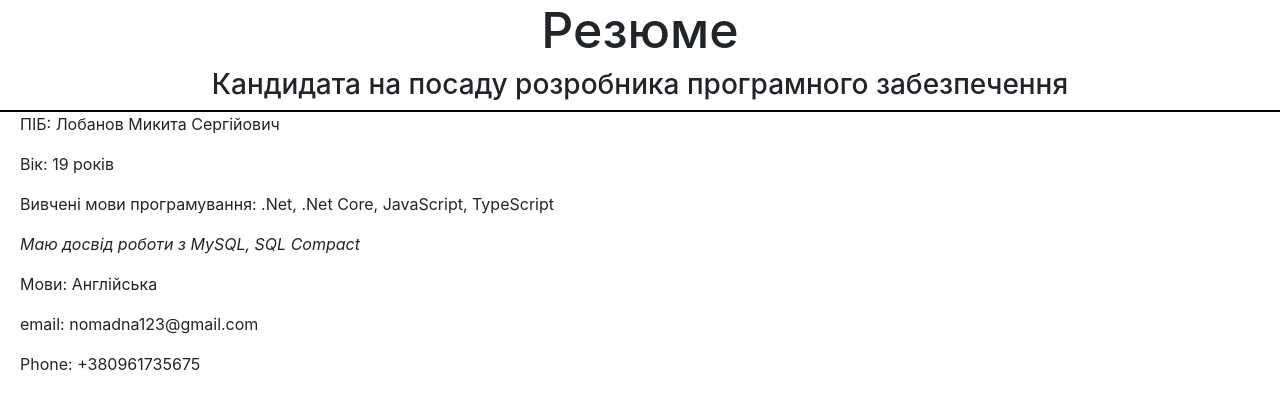
Repository: sMoonBeam/Labs
Page: AboutAuthor/WebContent/about.html
An editor plug-in stored every save of this project. The page is shown before and after the next save, followed by the edit.
The browser window is 1280 px wide. The pictures show the whole page.

Above is the page before, as saved 2019-10-16 20:24:39.

### AboutAuthor/WebContent/about.html
<!DOCTYPE html>
<html>
	<head>
		<meta charset="utf-8" />
		<title>Резюме</title>
		<link href="style.css" rel="stylesheet">
		<link href="https://stackpath.bootstrapcdn.com/bootstrap/4.3.1/css/bootstrap.min.css" rel="stylesheet">
	</head>
	<body>
	<div align=center class="bottom-line">
		<h1 style="font-size:50px;">Резюме</h1>
		<h3>Кандидата на посаду розробника програмного забезпечення</h3>
	</div>
	<div>
		<p style="text-indent:20px">ПIБ: Лобанов Микита Сергійович</p>
		<p style="text-indent:20px">Вiк: 19 рокiв</p>
		<p style="text-indent:20px">Вивченi мови програмування: .Net, .Net Core, JavaScript, TypeScript</p>
		<i><p style="text-indent:20px">Маю досвiд роботи з MySQL, SQL Compact</p></i>
		<p style="text-indent:20px">Мови: Англiйська</p>

		<p style="text-indent:20px">email: nomadna123@gmail.com</p>
		<p style="text-indent:20px">Phone: +380961735675</p>
	</div>
	</body>
</html>

### AboutAuthor/WebContent/style.css
.bottom-line {
	border-bottom: 2px solid black;
}

After the next save:
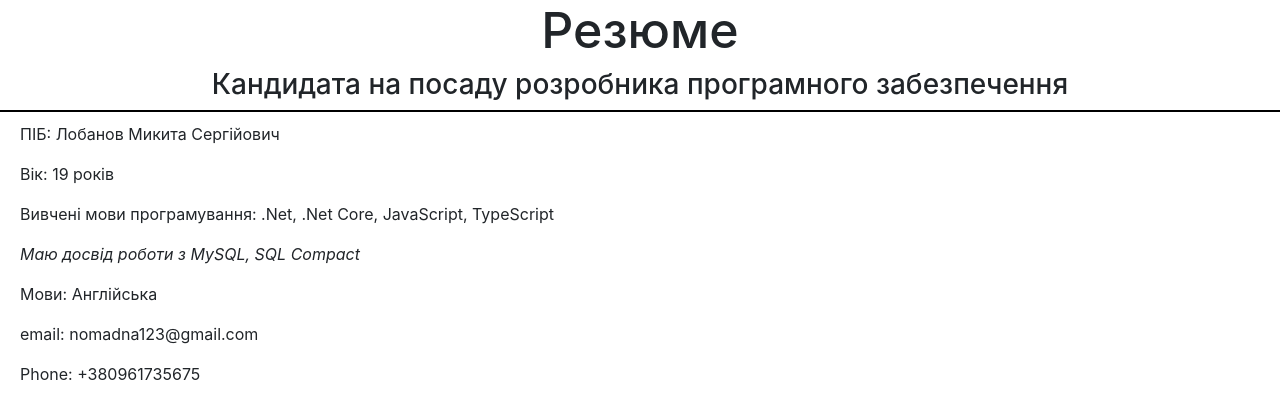
Saved 19 s later.
--- a/AboutAuthor/WebContent/about.html
+++ b/AboutAuthor/WebContent/about.html
@@ -11,7 +11,7 @@
 		<h1 style="font-size:50px;">Резюме</h1>
 		<h3>Кандидата на посаду розробника програмного забезпечення</h3>
 	</div>
-	<div>
+	<div style="padding-top:10px;">
 		<p style="text-indent:20px">ПIБ: Лобанов Микита Сергійович</p>
 		<p style="text-indent:20px">Вiк: 19 рокiв</p>
 		<p style="text-indent:20px">Вивченi мови програмування: .Net, .Net Core, JavaScript, TypeScript</p>
